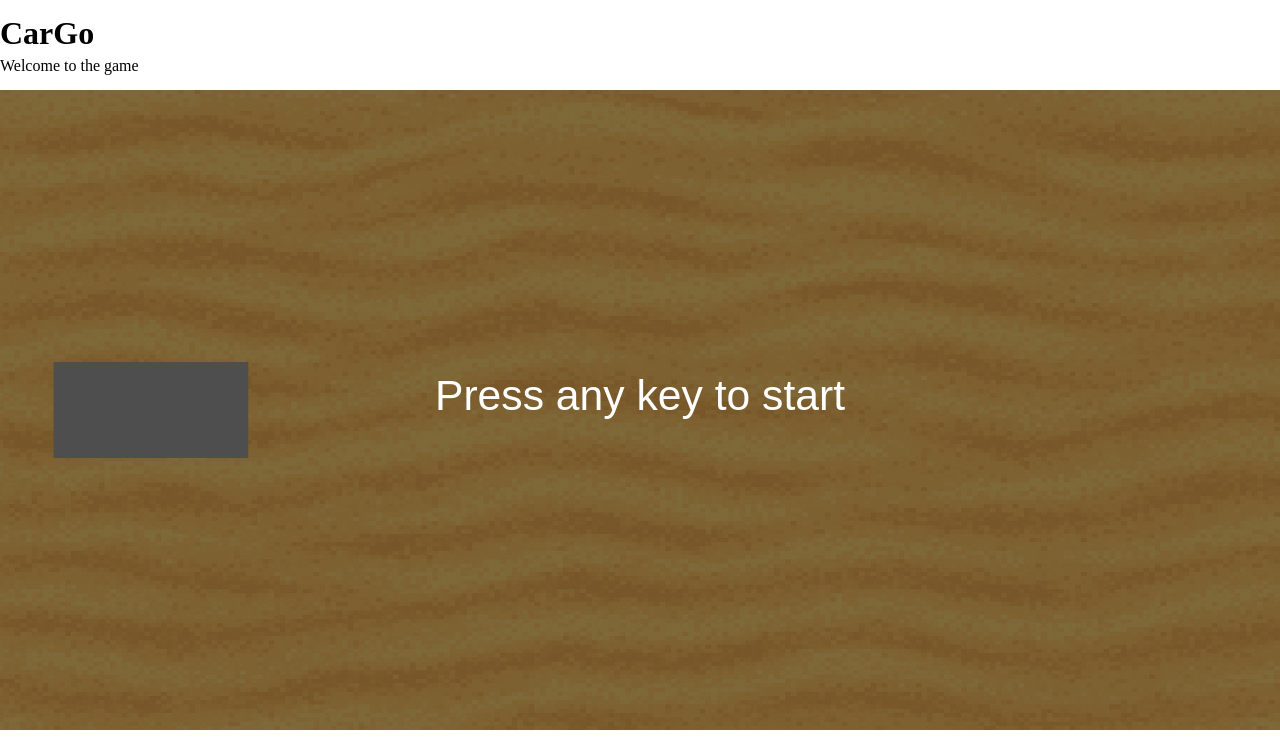
Repository: btgoo/game
Page: car.html
The author's editor kept a copy of each file at every save. The page is drawn from the files as they stood at one save, then again after the next save.
The browser window is 1280 px wide. The pictures show the whole page.

Above is the page before, as saved 2025-10-25 20:35:35.

After the next save:
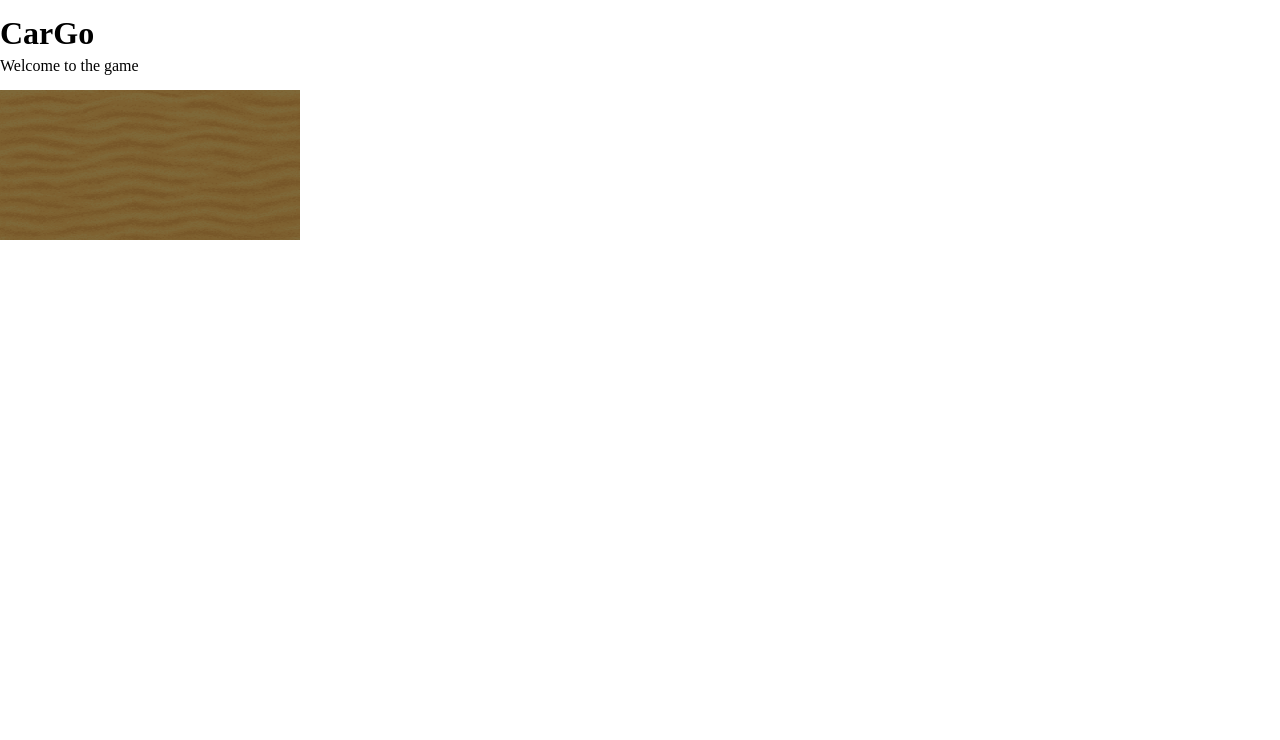
Saved 47 s later.
--- a/carscript.js
+++ b/carscript.js
@@ -56,11 +56,11 @@
   setupLanes();
 }
 
-setScreen();
-window.addEventListener("resize", () => {
-  setScreen();
-  drawScene();
-});
+// setScreen();
+// window.addEventListener("resize", () => {
+//   setScreen();
+//   drawScene();
+// });
 
 const backgroundImg = new Image();
 backgroundImg.src = "./assets/car_images/background.png";

After the save that followed:
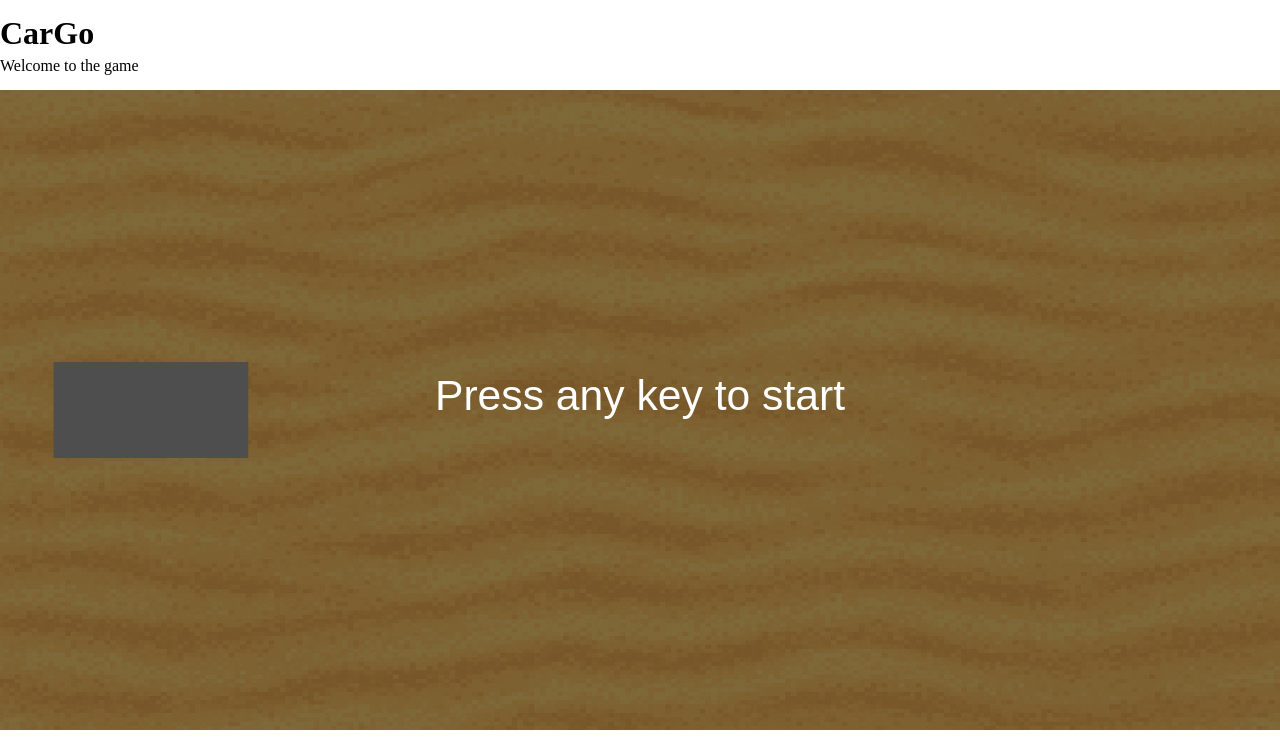
Saved 5 s later.
--- a/carscript.js
+++ b/carscript.js
@@ -56,11 +56,11 @@
   setupLanes();
 }
 
-// setScreen();
-// window.addEventListener("resize", () => {
-//   setScreen();
-//   drawScene();
-// });
+setScreen();
+window.addEventListener("resize", () => {
+  setScreen();
+  drawScene();
+});
 
 const backgroundImg = new Image();
 backgroundImg.src = "./assets/car_images/background.png";
